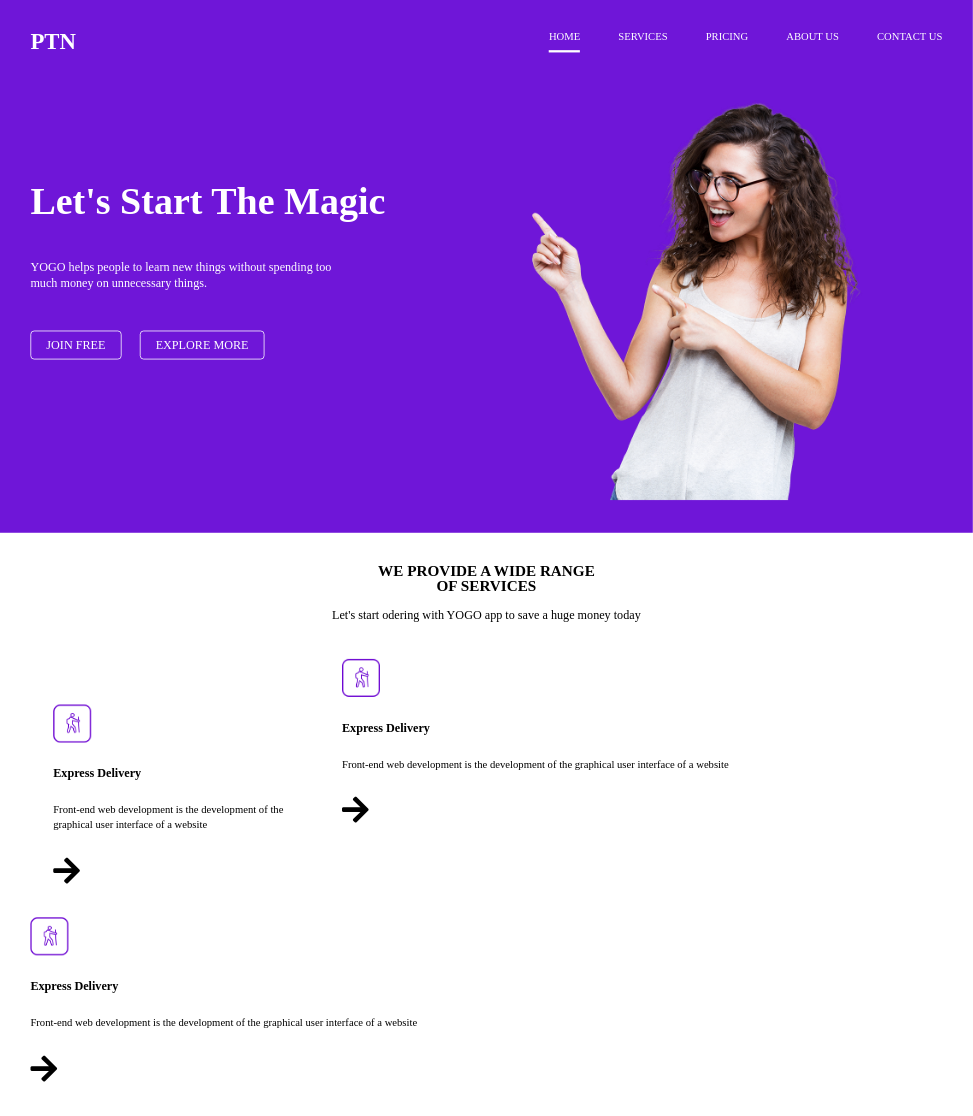
Repository: PhamTrungNguyen/LuyenTap
Page: index.html
An editor plug-in stored every save of this project. The page is shown before and after a run of saves, followed by the edit.
The browser window is 1280 px wide. The pictures show the whole page, at 76% of full size.
Some web fonts or font styles are not loaded; a fallback is used. The style sheet was rebuilt from its Sass, Less or Tailwind sources for each picture, by a compiler version that may differ from the author's.

Above is the page before, as saved 2021-12-05 19:55:37.

After the next 3 saves:
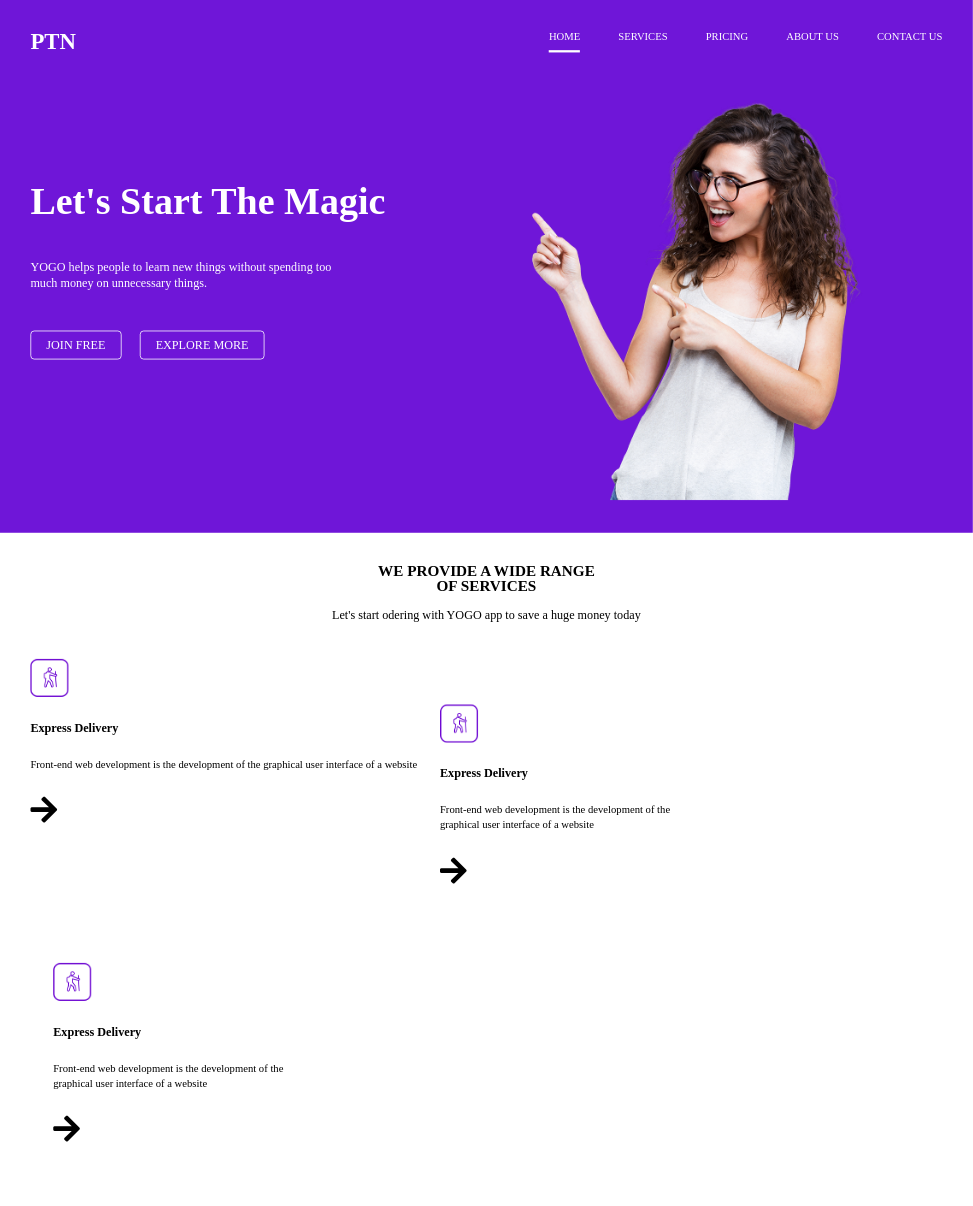
The 3 saves are shown as one change because they came seconds apart.
The last was saved 12 s later.
--- a/style.scss
+++ b/style.scss
@@ -197,22 +197,22 @@ img {
   {
     display:flex;
     flex-wrap: wrap;
-    &__block{
+    &--block{
       padding:6rem 3rem 4rem 3rem;
       // background-color: #6f16d8;
       border-radius:1rem;
     }
-    &__list{
+    &--list{
       width: calc(33.33% - 2rem);
       transition: all 0.5s ease;
     }
-    &__list:hover{
+    &--list:hover{
       .service-below--block{
         transition: all 0.5s ease;
         background-color: #6f16d8
       }
     }
-    &__list:not(:last-child)
+    &--list:not(:last-child)
     {
       margin-right: 3rem;
 
